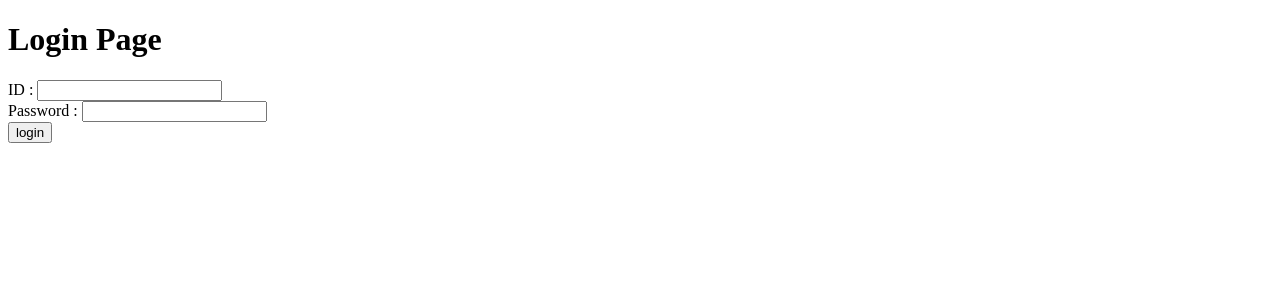
Repository: novemberjj/jsp
Page: http://localhost/jsp_project4/member/login.jsp
An editor plug-in stored every save of this project. The page is shown before and after the next save, followed by the edit.
The browser window is 1280 px wide. The pictures show the whole page.
The page is served by Tomcat 9. Other server files are loaded and not shown.

Above is the page before, as saved 2023-05-31 00:48:00.

### jsp_project4/jsp_project4/src/main/webapp/member/login.jsp
<%@ page language="java" contentType="text/html; charset=UTF-8"
    pageEncoding="UTF-8"%>
<!DOCTYPE html>
<html>
<head>
<meta charset="UTF-8">
<title>Login Page</title>
</head>
<body>
<h1>Login Page</h1>

<form action="/mem/login_auth" method="post">
ID : <input type="text" name="id" class="form-control"> <br>
Password : <input type="text" name="password" class="form-control"> <br>
<button type="submit" class="btn btn-outline-primary">login</button>
</form>
</body>
</html>

After the next save:
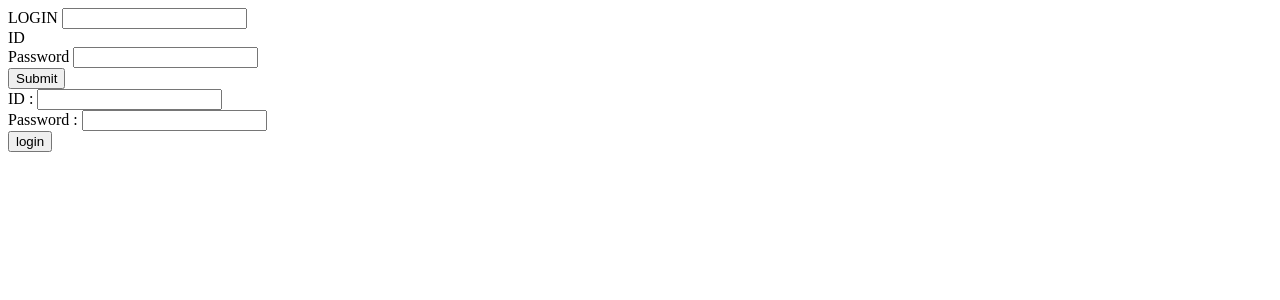
Saved 3 min 15 s later.
--- a/jsp_project4/jsp_project4/src/main/webapp/member/login.jsp
+++ b/jsp_project4/jsp_project4/src/main/webapp/member/login.jsp
@@ -7,7 +7,18 @@
 <title>Login Page</title>
 </head>
 <body>
-<h1>Login Page</h1>
+<form>
+  <div class="mb-3">
+    <label for="exampleInputEmail1" class="form-label">LOGIN</label>
+    <input type="text" class="form-control" id="exampleInputEmail1" aria-describedby="emailHelp" name="id">
+    <div id="emailHelp" class="form-text">ID</div>
+  </div>
+  <div class="mb-3">
+    <label for="exampleInputPassword1" class="form-label">Password</label>
+    <input type="password" class="form-control" id="exampleInputPassword1" name="password">
+  </div>
+  <button type="submit" class="btn btn-primary">Submit</button>
+</form>
 
 <form action="/mem/login_auth" method="post">
 ID : <input type="text" name="id" class="form-control"> <br>
